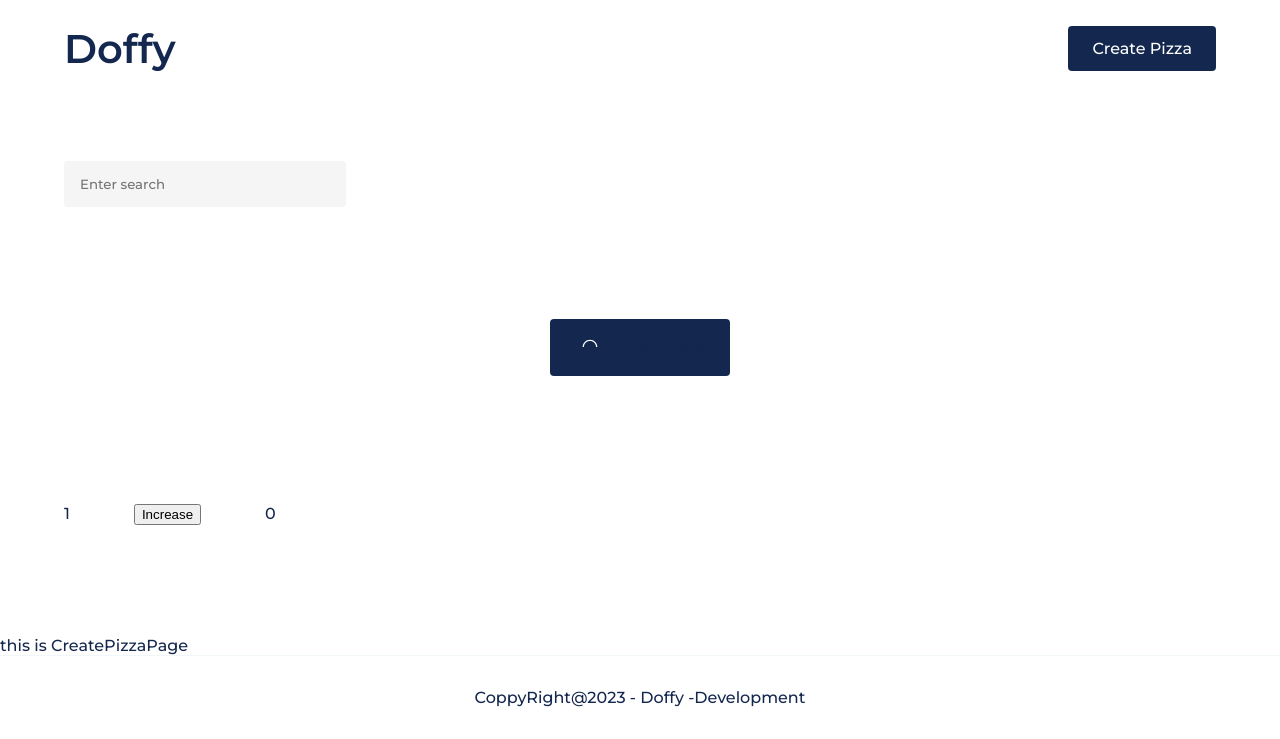
Repository: 16-Doffy/Pizza-Store
Page: /
The author's editor kept a copy of each file at every save. The page is drawn from the files as they stood at one save, then again after the next save.
The browser window is 1280 px wide. The pictures show the whole page.
The page's requests for data from a server got no answer. The project was rebuilt for these pictures with package versions that can differ from the ones it lists, and the page was loaded fresh each time. No one was signed in, and anything a server would have sent is missing. Also part of the build but not shown: webpack.config.js, src/sections/CardPizza.tsx.

Above is the page before, as saved 2025-02-07 22:14:01.

After the next save:
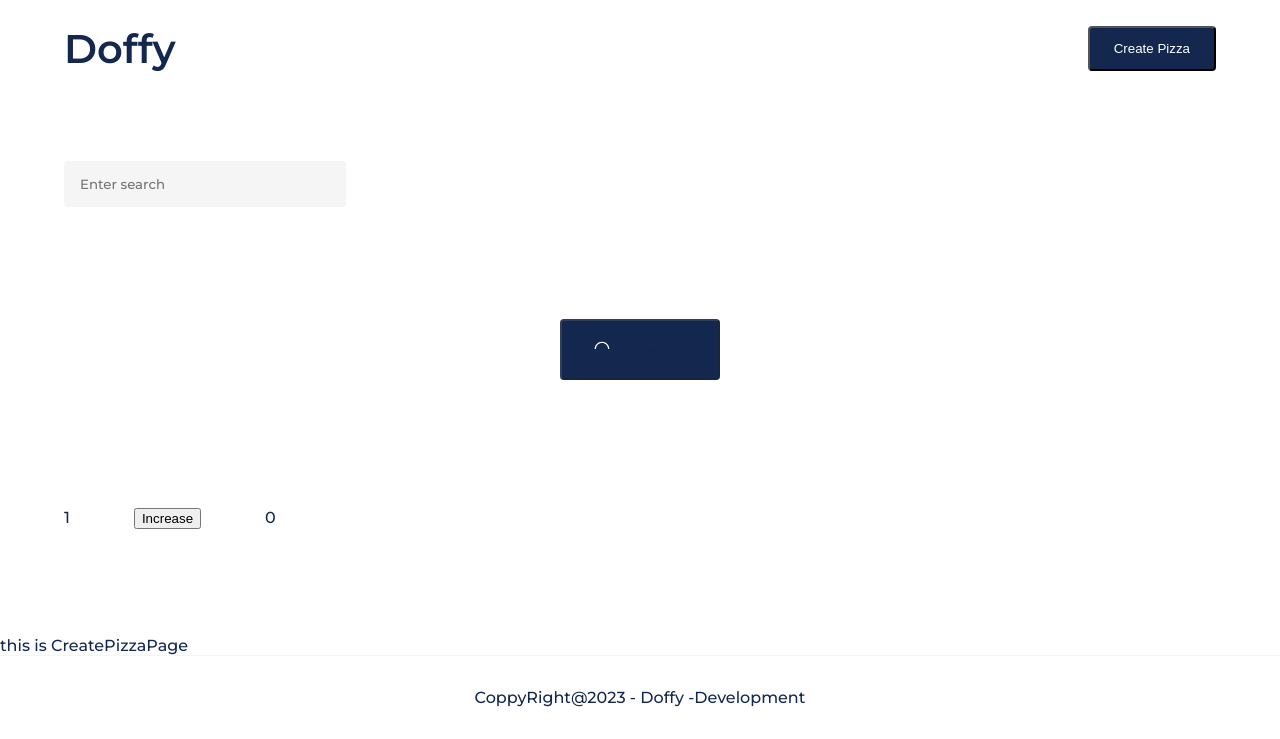
Saved 50 s later.
--- a/src/components/ButtonField.tsx
+++ b/src/components/ButtonField.tsx
@@ -10,19 +10,21 @@ type Props ={
 const ButtonField = ({
     loading,
     children,
+    onClick,
 }: Props) => {
     return (
-        <div className="btn-main">
-            {
-                !loading
-                ? children
-                : <div style={{display:'flex', alignItems:'center', columnGap:'.5rem'}}>
-                    <IcSpinner  width='32px' height='32px'/>
+        <button className="btn-main" onClick={onClick} disabled={loading}>
+            {loading ? (
+                <div style={{ display: 'flex', alignItems: 'center', columnGap: '.5rem' }}>
+                    <IcSpinner width="32px" height="32px" />
                     {children}
-                     </div>
-            }
-        </div>
+                </div>
+            ) : (
+                children
+            )}
+        </button>
     );
 };
 
+
 export default ButtonField;
